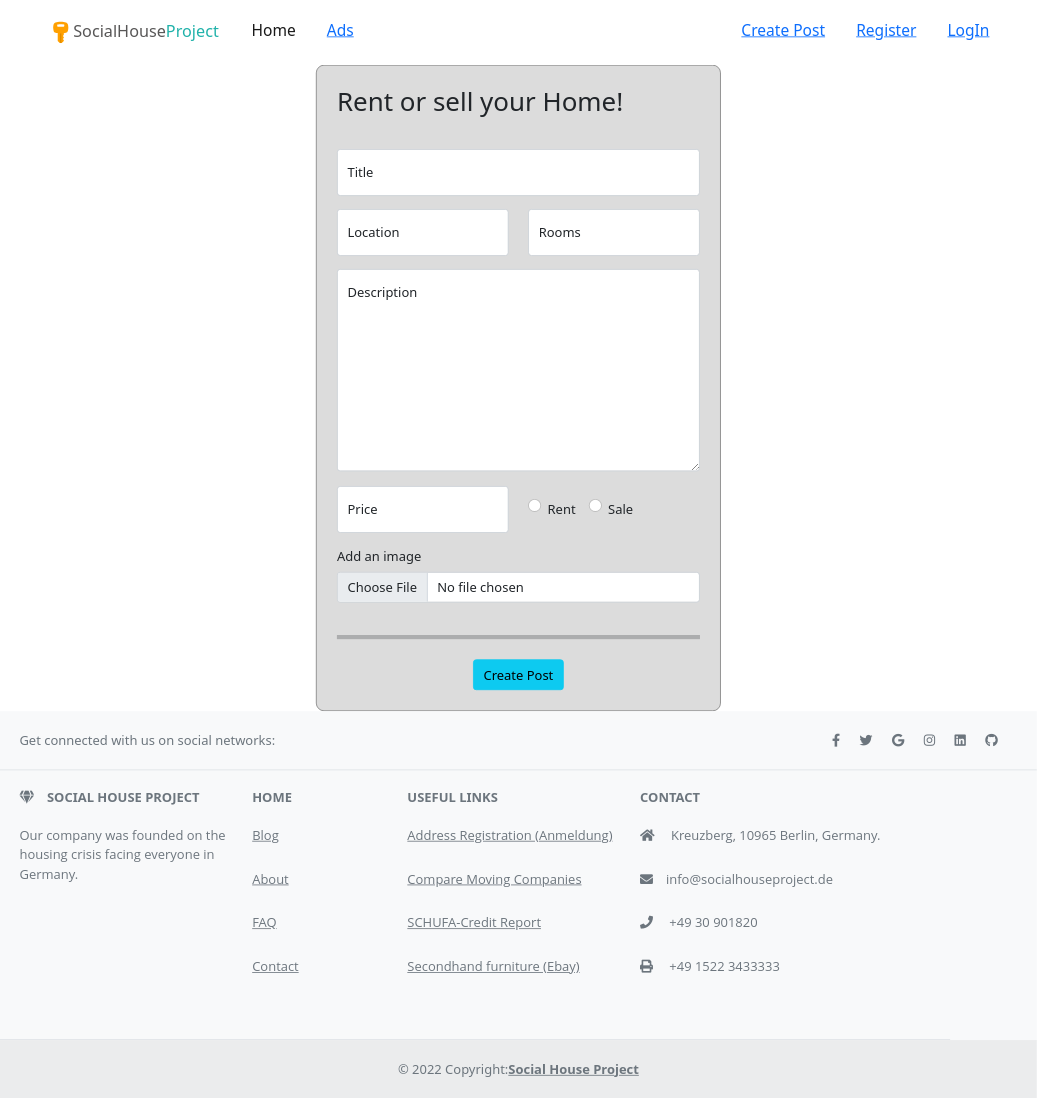
Repository: esrkkn/SocialHouseProject
Page: /post (app in client/)
An editor plug-in stored every save of this project. The page is shown before and after a run of saves, followed by the edit.
The browser window is 1280 px wide. The pictures show the whole page, at 81% of full size.
Backgrounds fixed to the window are drawn as part of the page. The project was rebuilt for these pictures with package versions that can differ from the ones it lists, and the page was loaded fresh each time. Also part of the build but not shown: client/src/components/Home/Carousel.css, client/src/components/Home/Carousel.jsx, client/src/components/Login/LoginPage.css, client/src/components/Login/LoginPage.jsx, client/src/components/Register/Register.css, client/src/components/Register/Register.jsx, client/src/components/Ads/Ads.jsx, client/src/App.css. Imported but missing from the stored project, and not drawn on this page: client/src/components/HouseList/HouseList.

Above is the page before, as saved 2022-03-17 12:20:30.

After the next 3 saves:
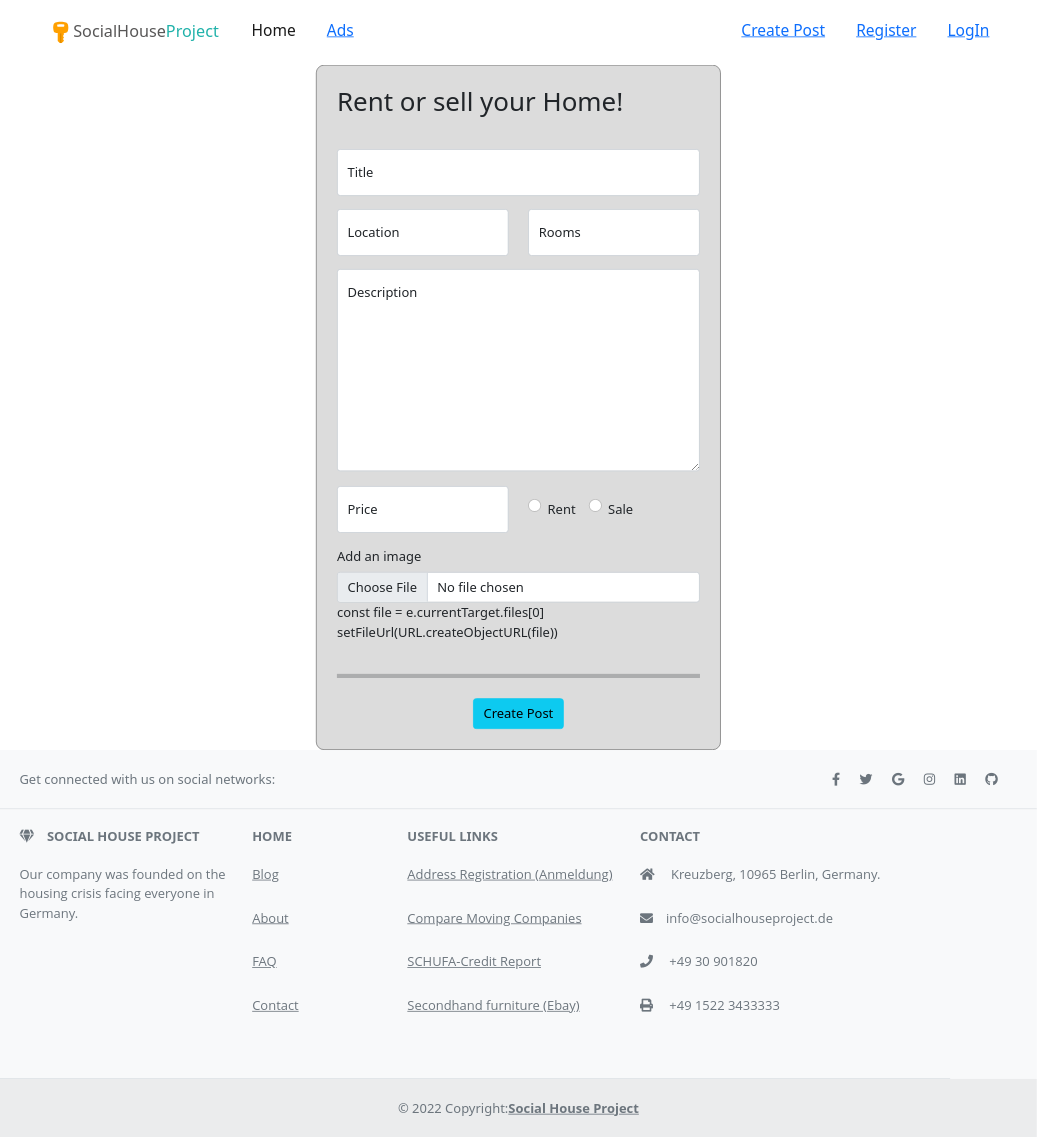
The 3 saves are shown as one change because 2 did not build or start.
The last was saved 4 min 35 s later.
--- a/client/src/components/Profile/CreatePost.jsx
+++ b/client/src/components/Profile/CreatePost.jsx
@@ -118,7 +118,10 @@
 
         <Form.Group className="mb-3" controlId="form.image">
           <Form.Label>Add an image</Form.Label>
-          <Form.Control type="file" accept="image/png, image/jpeg" />
+          <Form.Control type="file" accept="image/png, image/jpeg" onChange={(e) => setNewPost({ ...newPost, service: e.target.value })}/>
+          const file = e.currentTarget.files[0]
+
+        setFileUrl(URL.createObjectURL(file))
         </Form.Group>
 
         <hr></hr>

After the 4 saves that followed:
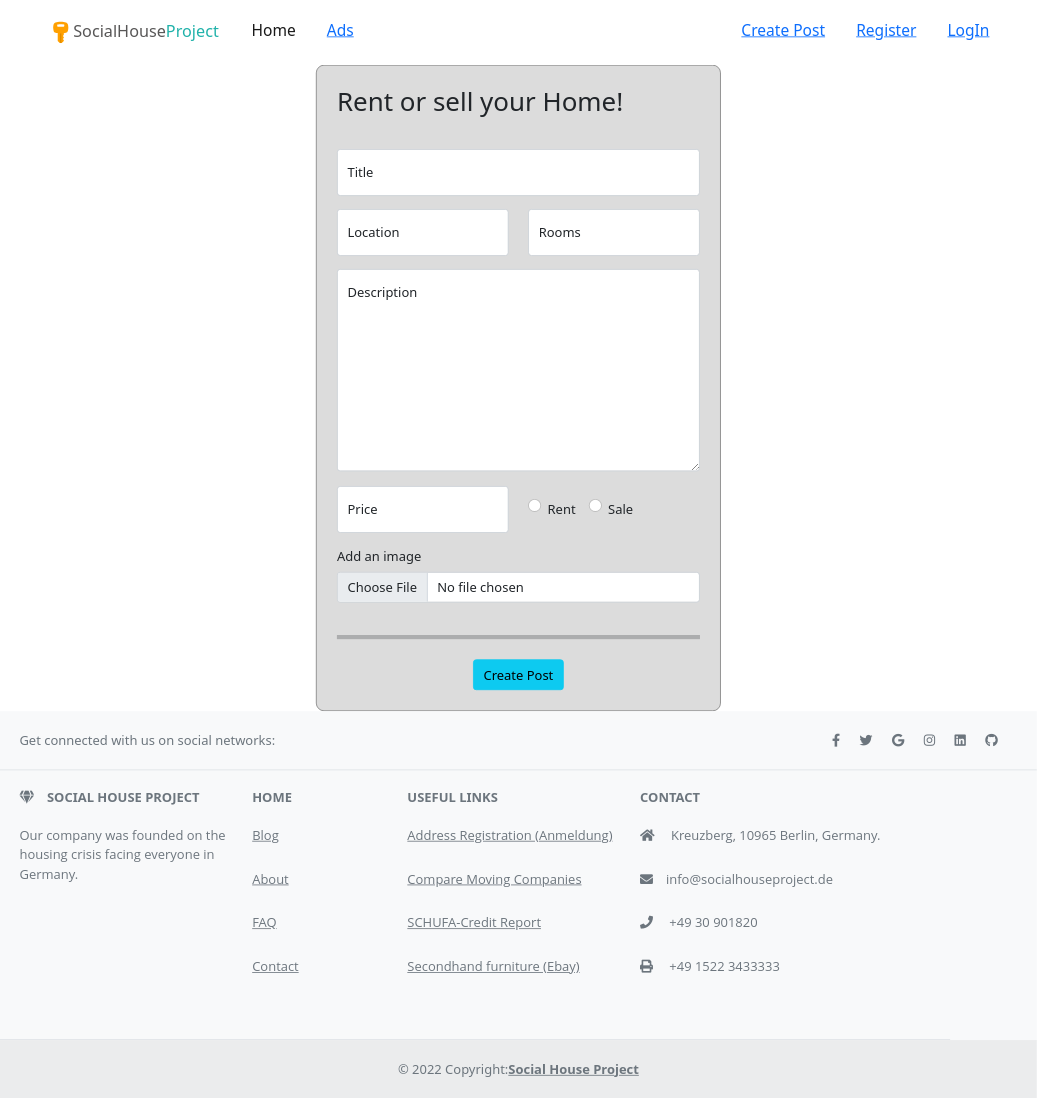
The 4 saves are shown as one change because 2 left the picture as it was and some came seconds apart.
The last was saved 46 s later.
--- a/client/src/components/Profile/CreatePost.jsx
+++ b/client/src/components/Profile/CreatePost.jsx
@@ -118,10 +118,8 @@
 
         <Form.Group className="mb-3" controlId="form.image">
           <Form.Label>Add an image</Form.Label>
-          <Form.Control type="file" accept="image/png, image/jpeg" onChange={(e) => setNewPost({ ...newPost, service: e.target.value })}/>
-          const file = e.currentTarget.files[0]
+          <Form.Control type="file" accept="image/png, image/jpeg" onChange={(e) => setNewPost({ ...newPost, image: e.currentTarget.files[0] })}/>
 
-        setFileUrl(URL.createObjectURL(file))
         </Form.Group>
 
         <hr></hr>
